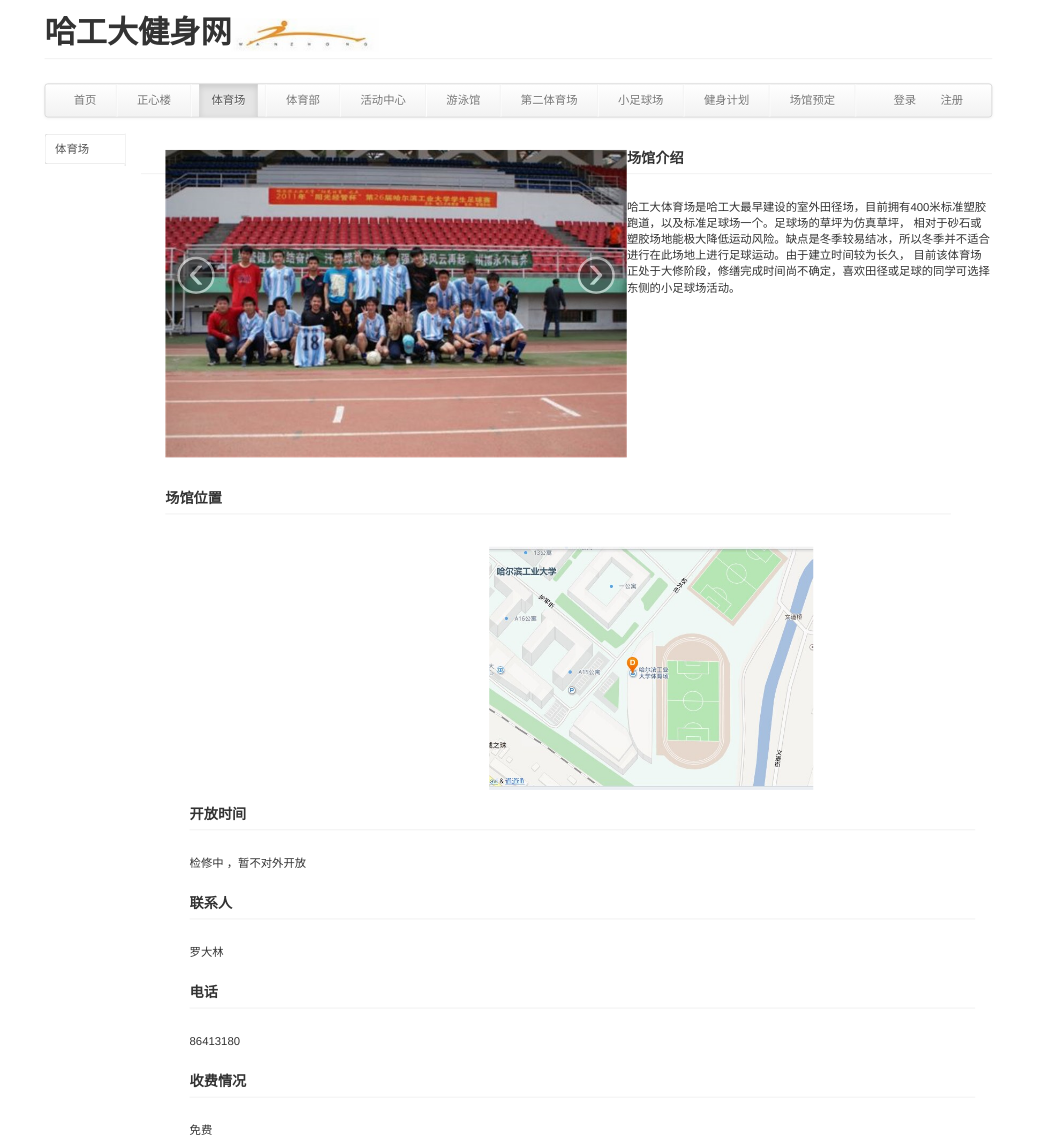
Repository: hitDeveloper/fitness
Page: http://localhost/project/gym.jsp
These files come from the project's save history. The page is drawn as it stood at one moment and after the next save; the edit follows.
The browser window is 1280 px wide. The pictures show the whole page, at 81% of full size.
The page is served by Tomcat 9. Nobody is signed in. The application's start-up code is not run.

Above is the page before, as saved 2014-11-17 15:35:20.

After the next save:
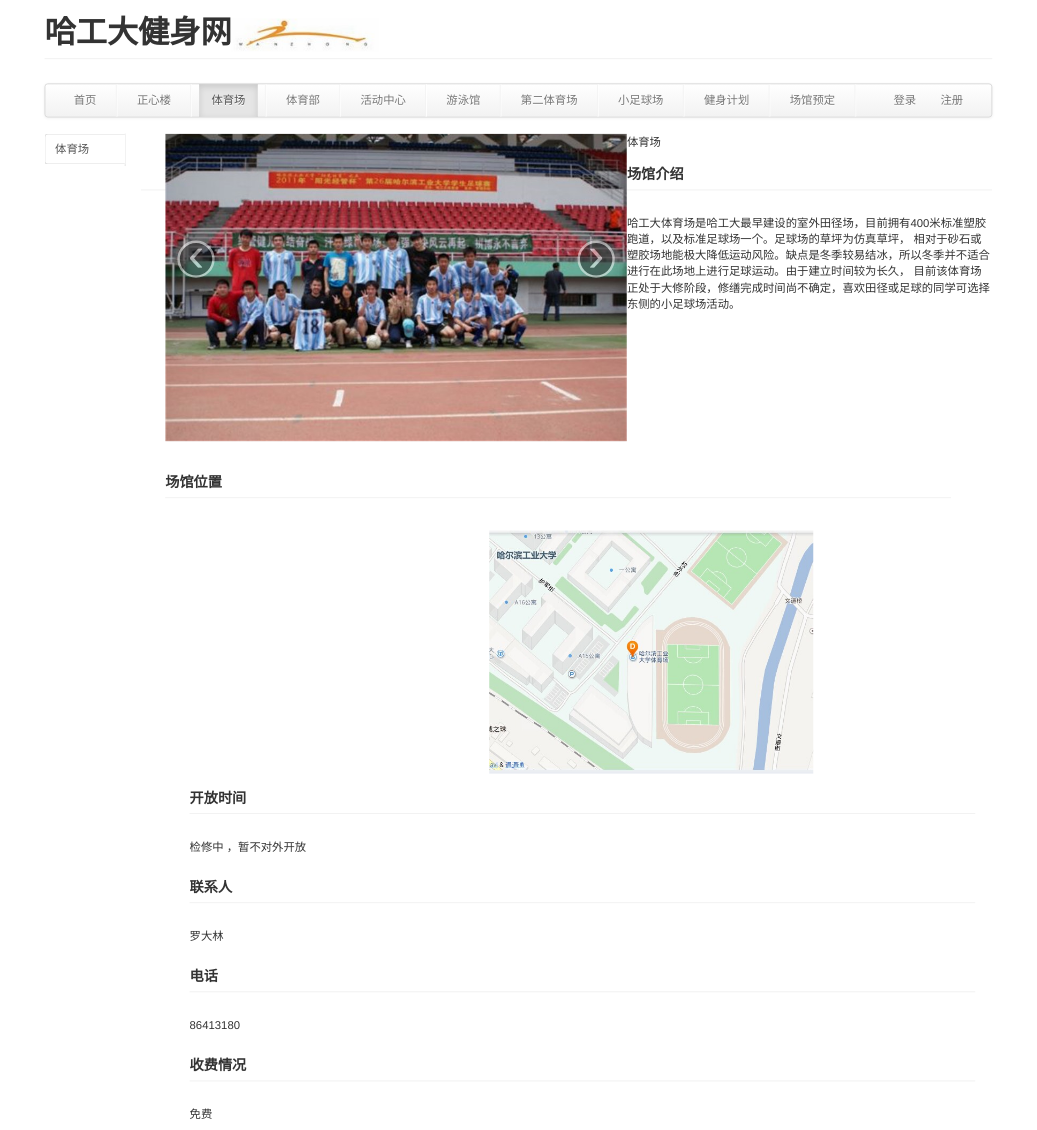
Saved 9 min 42 s later.
--- a/Project/project/WebRoot/gym.jsp
+++ b/Project/project/WebRoot/gym.jsp
@@ -70,6 +70,9 @@
 </div>
 </div>
 <div>
+<s:action name="pageAction" executeResult="true">
+<s:param name="gymName">体育场</s:param>
+</s:action>
 <h4 class="page-header">场馆介绍</h4>
 <p>哈工大体育场是哈工大最早建设的室外田径场，目前拥有400米标准塑胶跑道，以及标准足球场一个。足球场的草坪为仿真草坪，
 相对于砂石或塑胶场地能极大降低运动风险。缺点是冬季较易结冰，所以冬季并不适合进行在此场地上进行足球运动。由于建立时间较为长久，
